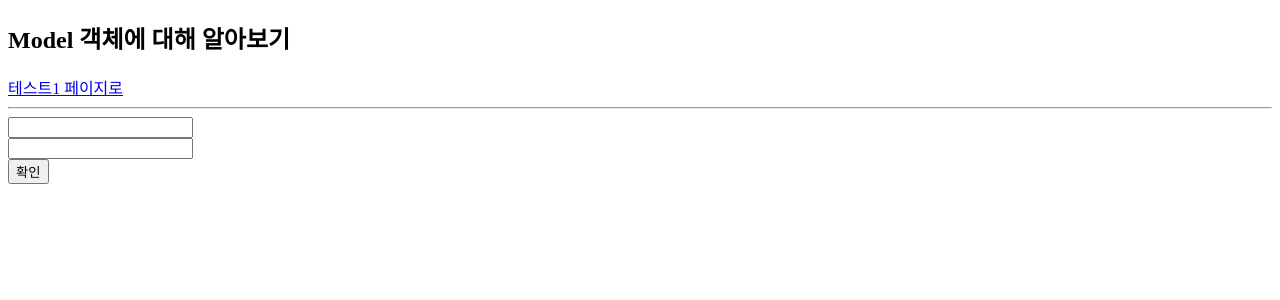
Repository: HANARAE/spring_basic
Page: http://localhost/SpringWebBasic/response/res-ex01
An editor plug-in stored every save of this project. The page is shown before and after the next save, followed by the edit.
The browser window is 1280 px wide. The pictures show the whole page.
The page is served by Tomcat 9. Other server files are loaded and not shown.

Above is the page before, as saved 2023-05-11 08:13:33.

### SpringWebBasic/src/main/webapp/WEB-INF/views/response/res-ex01.jsp
<%@ page language="java" contentType="text/html; charset=UTF-8"
    pageEncoding="UTF-8"%>
<!DOCTYPE html>
<html>
<head>
<meta charset="UTF-8">
<title>Insert title here</title>
</head>
<body>

	<h2>Model 객체에 대해 알아보기</h2>

	<a href="/basic/response/test?age=30">테스트1 페이지로</a>

	<hr>

	<form action="/basic/response.test2">
		<input type="text" name="userId"> <br>
		<input type="text" name="userName"> <br>
		<input type="submit" value="확인""> <br>
	</form>



</body>
</html>

After the next save:
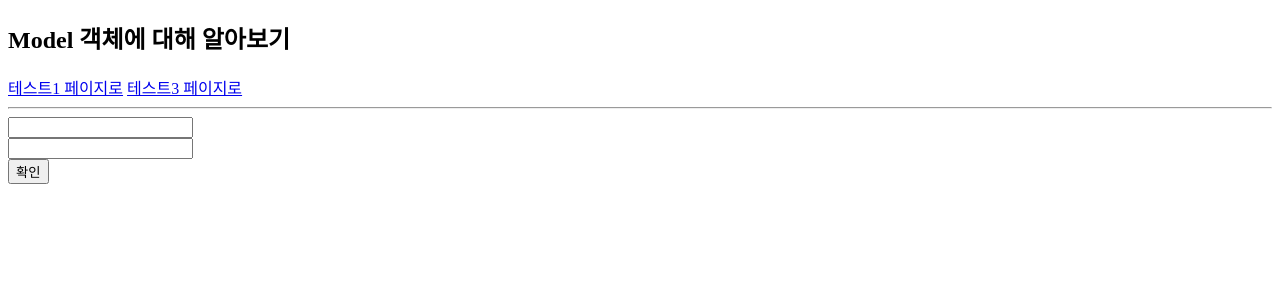
Saved 22 min 3 s later.
--- a/SpringWebBasic/src/main/webapp/WEB-INF/views/response/res-ex01.jsp
+++ b/SpringWebBasic/src/main/webapp/WEB-INF/views/response/res-ex01.jsp
@@ -12,6 +12,8 @@
 
 	<a href="/basic/response/test?age=30">테스트1 페이지로</a>
 
+	<a href="/basic/response/test3">테스트3 페이지로</a>
+
 	<hr>
 
 	<form action="/basic/response.test2">
